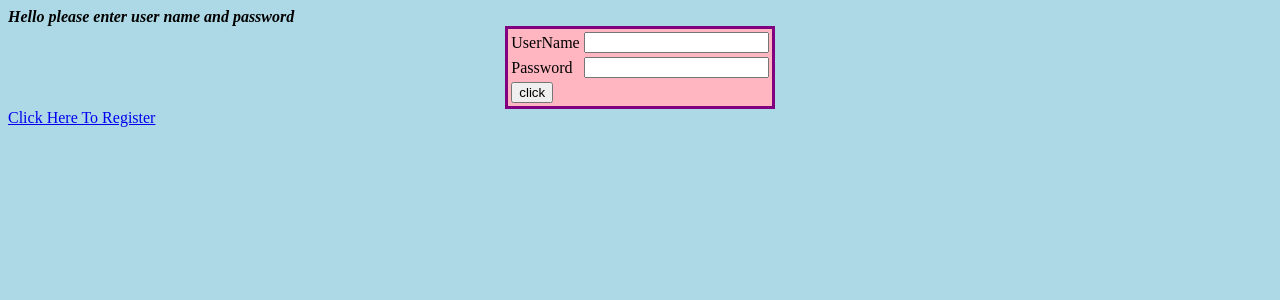
Repository: testGitHub1234cell/Test1
Page: http://localhost/nb/nb/login.jsp
The author's editor kept a copy of each file at every save. The page is drawn from the files as they stood at one save, then again after the next save.
The browser window is 1280 px wide. The pictures show the whole page.
The page is served by Tomcat 9.

Above is the page before, as saved 2016-12-17 07:10:42.

After the next save:
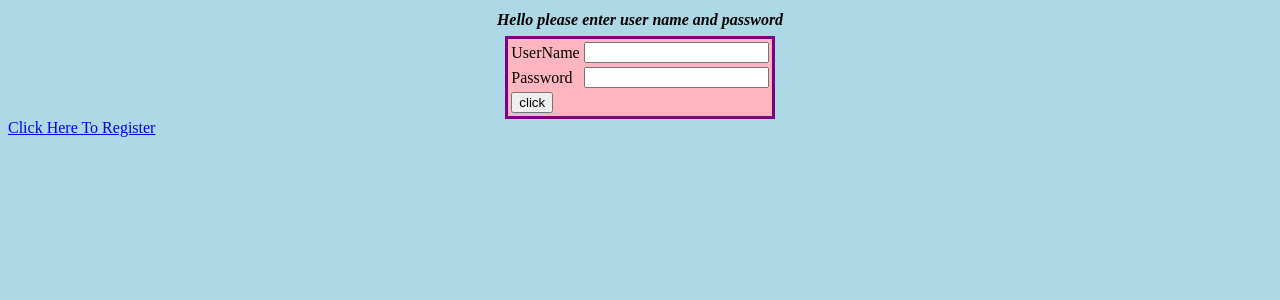
Saved 4 min 54 s later.
--- a/nb/nb/login.jsp
+++ b/nb/nb/login.jsp
@@ -19,8 +19,9 @@ if ( msg != null )
 if(status==1 || status==0)
 {
 %>
-
-<b><i>Hello please enter user name and password</i></b>
+<table align="center">
+<tr><td><b><i>Hello please enter user name and password</i></b><tr><td>
+</table>
 
 <form action="Controller">
 <input type=hidden name=type value=1>
